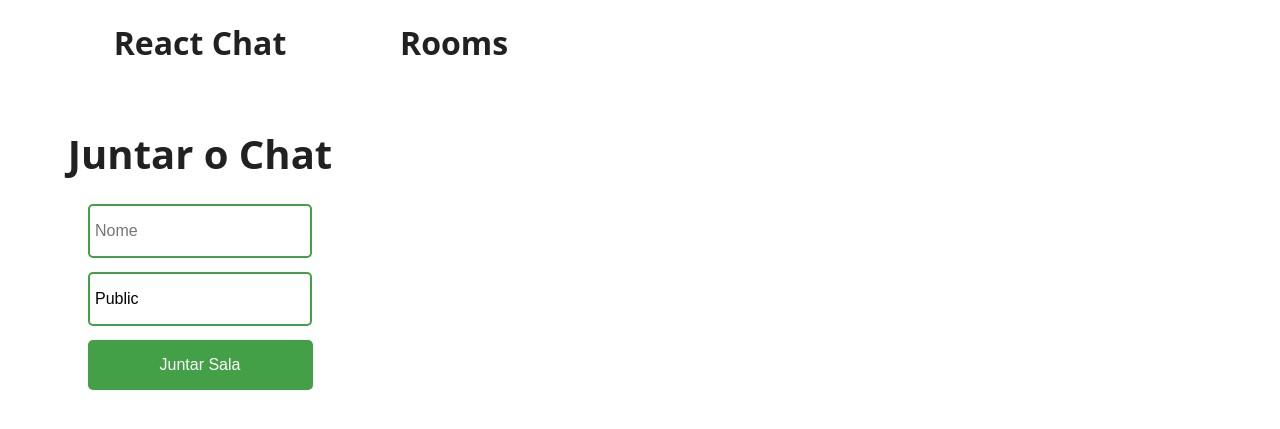
Repository: hierotsu/chat-rooms-react-
Page: / (app in client/)
The author's editor kept a copy of each file at every save. The page is drawn from the files as they stood at one save, then again after the next save.
The browser window is 1280 px wide. The pictures show the whole page.
The page's requests for data from a server got no answer. The project was rebuilt for these pictures with package versions that can differ from the ones it lists, and the page was loaded fresh each time. No one was signed in, and anything a server would have sent is missing. Also part of the build but not shown: client/src/components/User.js, client/src/components/Chat.js.

Above is the page before, as saved 2022-02-02 15:22:30.

### client/public/index.html
<!DOCTYPE html>
<html lang="en">
	<head>
		<meta charset="utf-8" />
		<link rel="icon" href="%PUBLIC_URL%/favicon.ico" />
		<meta name="viewport" content="width=device-width, initial-scale=1" />
		<meta name="theme-color" content="#000000" />
		<meta
			name="description"
			content="Web site created using create-react-app"
		/>
		<link rel="apple-touch-icon" href="%PUBLIC_URL%/logo192.png" />
		<!--
      manifest.json provides metadata used when your web app is installed on a
      user's mobile device or desktop. See https://developers.google.com/web/fundamentals/web-app-manifest/
    -->
		<link rel="manifest" href="%PUBLIC_URL%/manifest.json" />
		<!--
      Notice the use of %PUBLIC_URL% in the tags above.
      It will be replaced with the URL of the `public` folder during the build.
      Only files inside the `public` folder can be referenced from the HTML.

      Unlike "/favicon.ico" or "favicon.ico", "%PUBLIC_URL%/favicon.ico" will
      work correctly both with client-side routing and a non-root public URL.
      Learn how to configure a non-root public URL by running `npm run build`.
    -->
		<link
			rel="stylesheet"
			href="https://cdnjs.cloudflare.com/ajax/libs/font-awesome/5.15.4/css/all.min.css"
		/>
		<title>React App</title>
	</head>
	<body>
		<noscript>You need to enable JavaScript to run this app.</noscript>
		<div id="root"></div>
		<!--
      This HTML file is a template.
      If you open it directly in the browser, you will see an empty page.

      You can add webfonts, meta tags, or analytics to this file.
      The build step will place the bundled scripts into the <body> tag.

      To begin the development, run `npm start` or `yarn start`.
      To create a production bundle, use `npm run build` or `yarn build`.
    --></body>
</html>

### client/src/App.js
import { useState, useEffect } from 'react'
import io from 'socket.io-client'

import Chat from './components/Chat';
import Rooms from './components/Rooms'

import './App.css';

export const SERVER_URL = "http://localhost:3001"

const connect = () => {
  return io.connect(SERVER_URL,
    { query: { id: Math.floor(Math.random() * 1000) } })
}

const socket = connect()

function App() {
  const [username, setUsername] = useState('')
  const [room, setRoom] = useState('Public')
  const [joinButtonDisabled, setJoinButtonDisabled] = useState(true)
  const [showChat, setShowChat] = useState(false)

  useEffect(() => {
    setJoinButtonDisabled(username === '' || room === '')
  }, [username, room])

  const joinRoom = () => {
    console.log('SOCKET', socket)
    if (username !== '' && room !== '') {
      if (!socket.connected)
        socket.open()

      socket.emit('join_room', room, username)
      setShowChat(true)
    }
  }

  function logoutHandle() {
    setShowChat(false)
  }

  return (
    <div className="App">
      {!showChat ?
        <>
          <div className="joinChatContainer">
            <h1>React Chat</h1>
            <h3>Juntar o Chat</h3>
            <input type="text" placeholder='Nome' onKeyPress={e => { e.key === 'Enter' && e.target.value !== '' && joinRoom() }} onChange={e => setUsername(e.target.value)} />
            <input type="text" placeholder='Sala' onKeyPress={e => { e.key === 'Enter' && e.target.value !== '' && joinRoom() }} onChange={e => setRoom(e.target.value)} defaultValue="Public" />
            <button onClick={joinRoom} disabled={joinButtonDisabled}>Juntar Sala</button>
          </div>
          <Rooms socket={socket} joinRoom={joinRoom} />
        </>
        :
        <Chat socket={socket} username={username} room={room} onClose={logoutHandle} />
      }
    </div>
  );
}

export default App;

### client/src/components/Rooms.js
import { useState, useEffect } from 'react';
import io from 'socket.io-client'


export default function Rooms({ socket, joinRoom }) {
    const [rooms, setRooms] = useState([])

    useEffect(() => {
        socket.emit('get-rooms', setRooms)
    }, [socket])


    const listRooms = () => {
        return rooms.map((room, ind) => {
            return <div key={'chat-room-' + ind} >Sala {room.name} com {room.usersTotal} utilizadores</div>
        })
    }

    return <div className="rooms-container">
        <h1>Rooms</h1>
        <div className="rooms-list">
            {listRooms()}
        </div>
    </div>;
}

### client/src/App.css
.App {
	width: 100vw;
	height: 100vh;
	background: #fff;
	color: #212121;
	font-family: "Open Sans", sans-serif;
	display: flex;
}
body {
	margin: 0%;
	padding: 0%;
}
@import url("https://fonts.googleapis.com/css?family=Open+Sans:300,400,700");

button:hover {
	cursor: pointer;
}

.joinChatContainer {
	display: flex;
	flex-direction: column;
	text-align: center;
	min-width: 400px;
}

.joinChatContainer h3 {
	font-size: 2.5rem;
	margin-bottom: 1rem;
}
.joinChatContainer input {
	width: 210px;
	height: 40px;
	margin: 7px auto;
	border: 2px solid #43a047;
	border-radius: 5px;
	padding: 5px;
	font-size: 16px;
}

.joinChatContainer button {
	width: 225px;
	height: 50px;
	margin: 7px auto;
	border: none;
	border-radius: 5px;
	padding: 5px;
	font-size: 16px;
	background: #43a047;
	color: #fff;
	cursor: pointer;
}

.joinChatContainer button:hover {
	background: #2e7d32;
}
.chat-container {
	display: flex;
	flex: 1;
	min-height: 0px;
}
.chat-window {
	width: 90vw;
	height: 90vh;
	max-width: 600px;
	max-height: 600px;
	display: flex;
	flex-direction: column;
}
.chat-window.isReduced {
	height: 45px;
	overflow: hidden;
}
.chat-window p {
	margin: 0;
}

.chat-users {
	width: fit-content;
	max-width: 200px;
	border: 1px solid black;
	padding: 0px 10px;
}
.chat-users > div {
	font-weight: bold;
}
.chat-window .chat-header {
	height: 45px;
	border-top-left-radius: 6px;
	border-top-right-radius: 6px;
	background: #263238;
	position: relative;
	cursor: pointer;
}
.chat-window .chat-header p {
	display: block;
	padding: 0 1em 0 2em;
	color: #fff;
	font-weight: 700;
	line-height: 45px;
}

.chat-window .chat-body {
	/* height: calc(450px - (45px + 70px)); */
	border: 1px solid #263238;
	background: #fff;
	position: relative;
	flex: 1;
}
.chat-window .chat-body .message-container {
	width: 100%;
	height: 100%;
	overflow-y: auto;
	overflow-x: hidden;
}

.chat-window .chat-body .message-container::-webkit-scrollbar {
	display: none;
}
.chat-window .chat-body .message {
	height: auto;
	padding: 10px;
	display: flex;
}

.chat-window .chat-body .message .message-content {
	width: auto;
	height: auto;
	min-height: 40px;
	max-width: 120px;
	background-color: #43a047;
	border-radius: 5px;
	color: white;
	display: flex;
	align-items: center;
	margin-right: 5px;
	margin-left: 5px;
	padding-right: 5px;
	padding-left: 5px;
	overflow-wrap: break-word;
	word-break: break-word;
}

#you {
	justify-content: flex-start;
}

#you .message-content {
	justify-content: flex-start;
}

#you .message-meta {
	justify-content: flex-start;
	margin-left: 5px;
}

#other.new-chatter .message-content {
	background-color: aliceblue;
	color: black;
}
#other.new-chatter .message-content,
#other.new-chatter #time {
	font-style: italic;
	font-size: smaller;
}

#other {
	justify-content: flex-end;
}

#other .message-content {
	justify-content: flex-end;
	background-color: cornflowerblue;
}

#other .message-meta {
	justify-content: flex-end;
	margin-right: 5px;
}

.message-meta #author {
	margin-left: 10px;
	font-weight: bold;
}

.chat-window .chat-body .message .message-meta {
	display: flex;
	font-size: 12px;
}

.chat-window .chat-footer {
	height: 40px;
	border: 1px solid #263238;
	border-top: none;
	display: flex;
}

.chat-window .chat-footer input {
	height: 100%;
	flex: 85%;
	border: 0;
	padding: 0 0.7em;
	font-size: 1em;
	border-right: 1px dotted #607d8b;

	outline: none;
	font-family: "Open Sans", sans-serif;
}

.chat-window .chat-footer button {
	border: 0;
	display: grid;
	place-items: center;
	cursor: pointer;
	flex: 15%;
	height: 100%;
	background: transparent;
	outline: none;
	font-size: 25px;
	color: lightgray;
}

.chat-window .chat-footer button:hover {
	color: #43a047;
}
.hide {
	opacity: 0 !important;
}

.action-bar {
	position: absolute;
	top: 5px;
	right: 2px;
}
.action-bar button {
	background: #263238;
	font-size: 1rem;
	color: white;
	border: 1px solid white;
	border-radius: 5px;
	padding: 4px 10px 6px 10px;
	margin: 0 3px;
}

Loaded but not shown: client/src/index.js (common file); client/src/index.css (common file)

After the next save:
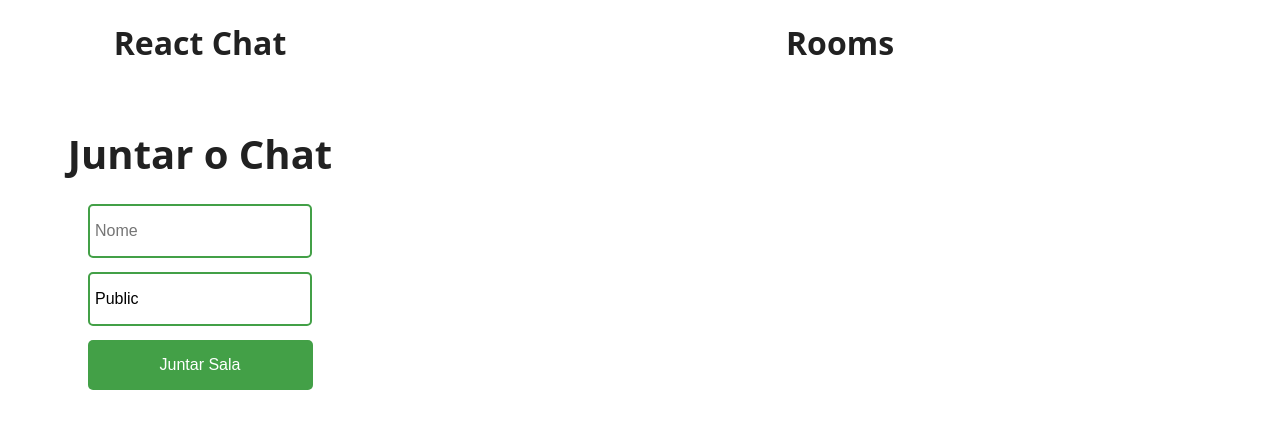
Saved 58 s later.
--- a/client/src/App.css
+++ b/client/src/App.css
@@ -240,3 +240,15 @@ button:hover {
 	padding: 4px 10px 6px 10px;
 	margin: 0 3px;
 }
+
+/*****	ROOMS *****/
+.rooms-container {
+	text-align: center;
+	flex: 1;
+	min-height: 0;
+}
+.room-list {
+	overflow-y: auto;
+}
+.rooms-list > div {
+}
